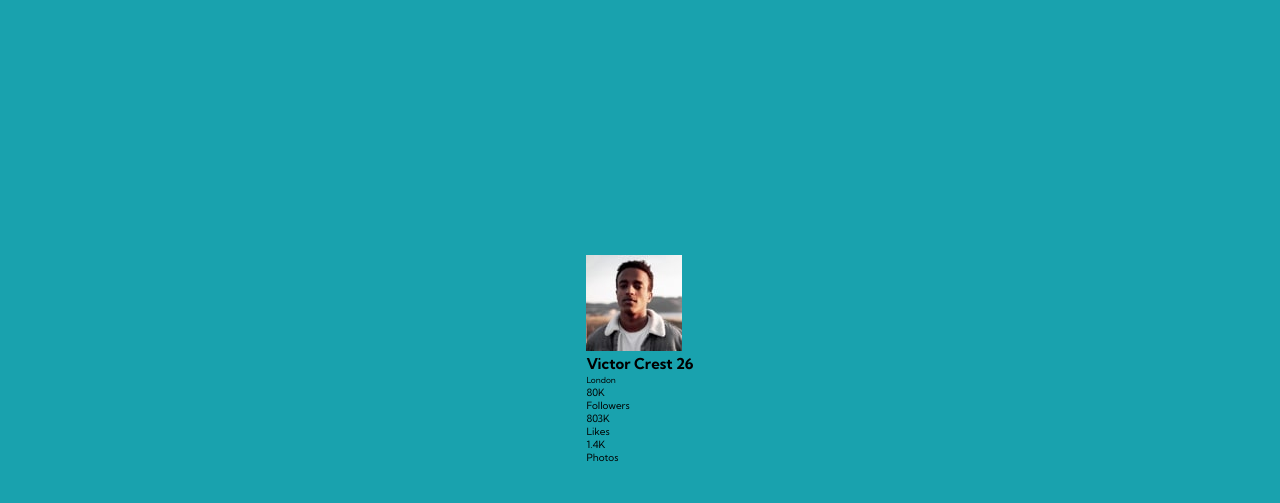
Repository: thaibaocoder1/profile-card-component-main
Page: index.html
An editor plug-in stored every save of this project. The page is shown before and after a run of saves, followed by the edit.
The browser window is 1280 px wide. The pictures show the whole page.

Above is the page before, as saved 2023-01-11 13:27:33.

### index.html
<!DOCTYPE html>
<html lang="en">
<head>
  <meta charset="UTF-8">
  <meta name="viewport" content="width=device-width, initial-scale=1.0">
  <link rel="icon" type="image/png" sizes="32x32" href="./images/favicon-32x32.png">
  <title>Frontend Mentor | Profile card component</title>
  <link rel="stylesheet" href="./style.css">
  <!-- Feel free to remove these styles or customise in your own stylesheet 👍 -->
  <style>
    .attribution { font-size: 11px; text-align: center; }
    .attribution a { color: hsl(228, 45%, 44%); }
  </style>
</head>
<body>
  <main class="card">
    <section class="card__top">
      <img src="./images/image-victor.jpg" alt="">
    </section>
    <section class="card__bottom">
      <h1 class="card__bottom--heading">Victor Crest <span>26</span></h1>
      <small class="card__bottom--address">London</small>
      <hr>
      <div class="card__bottom--socials">
        <div class="card__bottom--item">
          <p>80K</p>
          <span>Followers</span>
        </div>
        <div class="card__bottom--item">
          <p>803K</p>
          <span>Likes</span>
        </div>
        <div class="card__bottom--item">
          <p>1.4K</p>
          <span>Photos</span>
        </div>
      </div>
    </section>
  </main>
  <!-- <div class="attribution">
    Challenge by <a href="https://www.frontendmentor.io?ref=challenge" target="_blank">Frontend Mentor</a>.
    Coded by <a href="#">Your Name Here</a>.
  </div> -->
</body>
</html>

### style.css
@import url('https://fonts.googleapis.com/css2?family=Kumbh+Sans:wght@400;700&display=swap');
* {
    margin: 0;
    padding: 0;
    box-sizing: border-box;
    border: none;
    outline: none;
}
html {
    font-size: 62.5%;
}
body {
    text-rendering: optimizeLegibility;
    scroll-behavior: smooth;
    font-family: 'Kumbh Sans', sans-serif;
    display: flex;
    align-items: center;
    justify-content: center;
    background-color: var(--dark-cyan);
    height: calc(100vh - 1px)
}
:root {
    --dark-cyan: hsl(185, 75%, 39%);
    --very-dark-blue: hsl(229, 23%, 23%);
    --dark-blue: hsl(227, 10%, 46%);
    --dark-grey: hsl(0, 0%, 59%);
}
.container {
    width: 600px;
    background-color: #ccc;
}

After the next 2 saves:
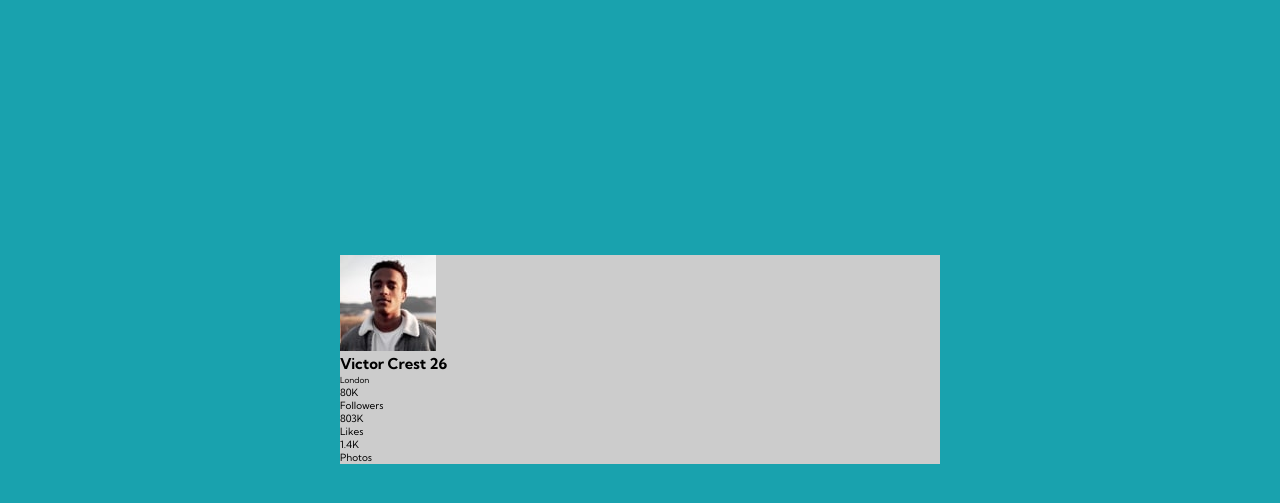
The 2 saves are shown as one change because they came seconds apart.
The last was saved 10 s later.
--- a/style.css
+++ b/style.css
@@ -25,7 +25,7 @@ body {
     --dark-blue: hsl(227, 10%, 46%);
     --dark-grey: hsl(0, 0%, 59%);
 }
-.container {
+.card {
     width: 600px;
     background-color: #ccc;
 }
